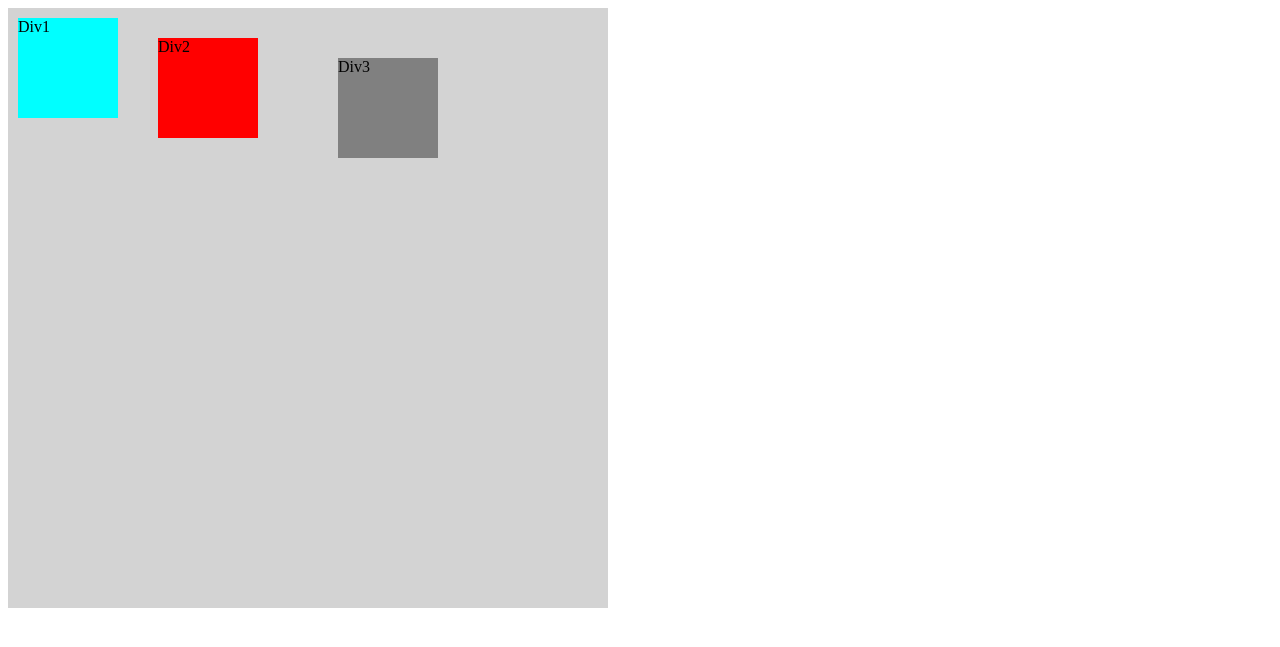
Repository: Sayan-100/Javascript
Page: Flex align content/index.html
An editor plug-in stored every save of this project. The page is shown before and after the next save, followed by the edit.
The browser window is 1280 px wide. The pictures show the whole page.

Above is the page before, as saved 2021-12-31 17:31:05.

After the next save:
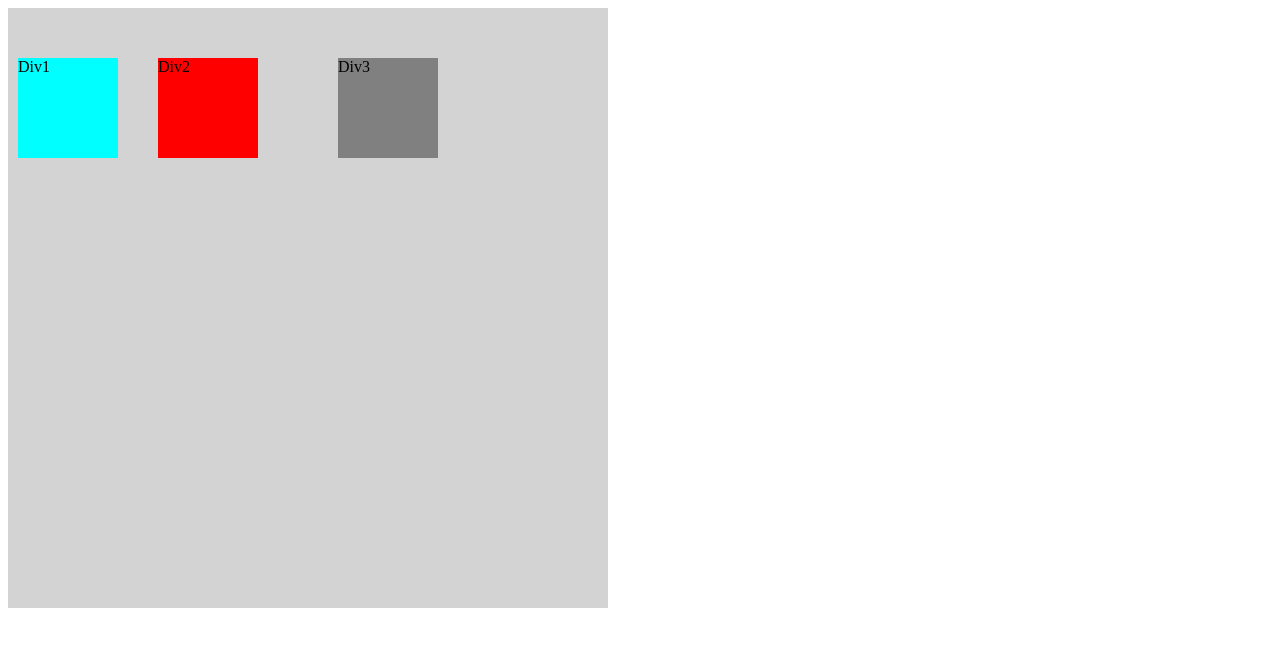
Saved 38 s later.
--- a/Flex align content/style.css
+++ b/Flex align content/style.css
@@ -26,7 +26,7 @@
      /* align-items: stretch; */
      /* default value of align items is stretch */
      /* it obeys the height and width property */
-     /* align-items: baseline; */
+     align-items: baseline;
  }
 
  #container div {

After the save that followed:
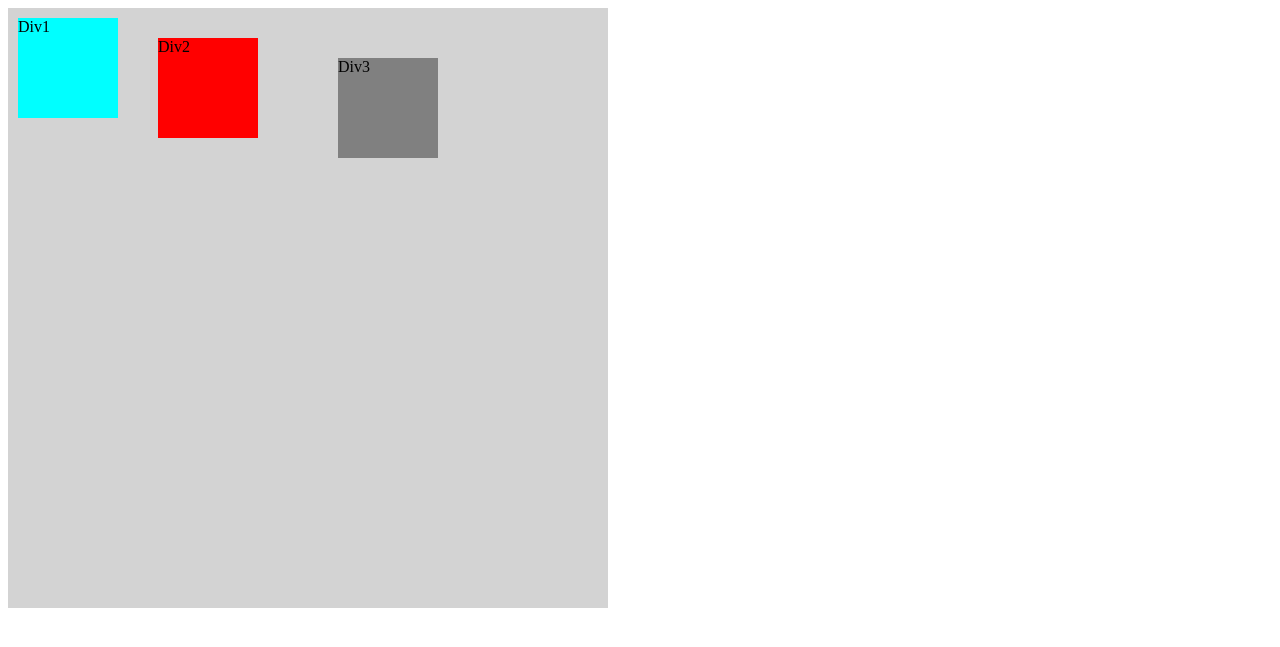
Saved 3 min 43 s later.
--- a/Flex align content/style.css
+++ b/Flex align content/style.css
@@ -26,7 +26,7 @@
      /* align-items: stretch; */
      /* default value of align items is stretch */
      /* it obeys the height and width property */
-     align-items: baseline;
+     /* align-items: baseline; */
  }
 
  #container div {
